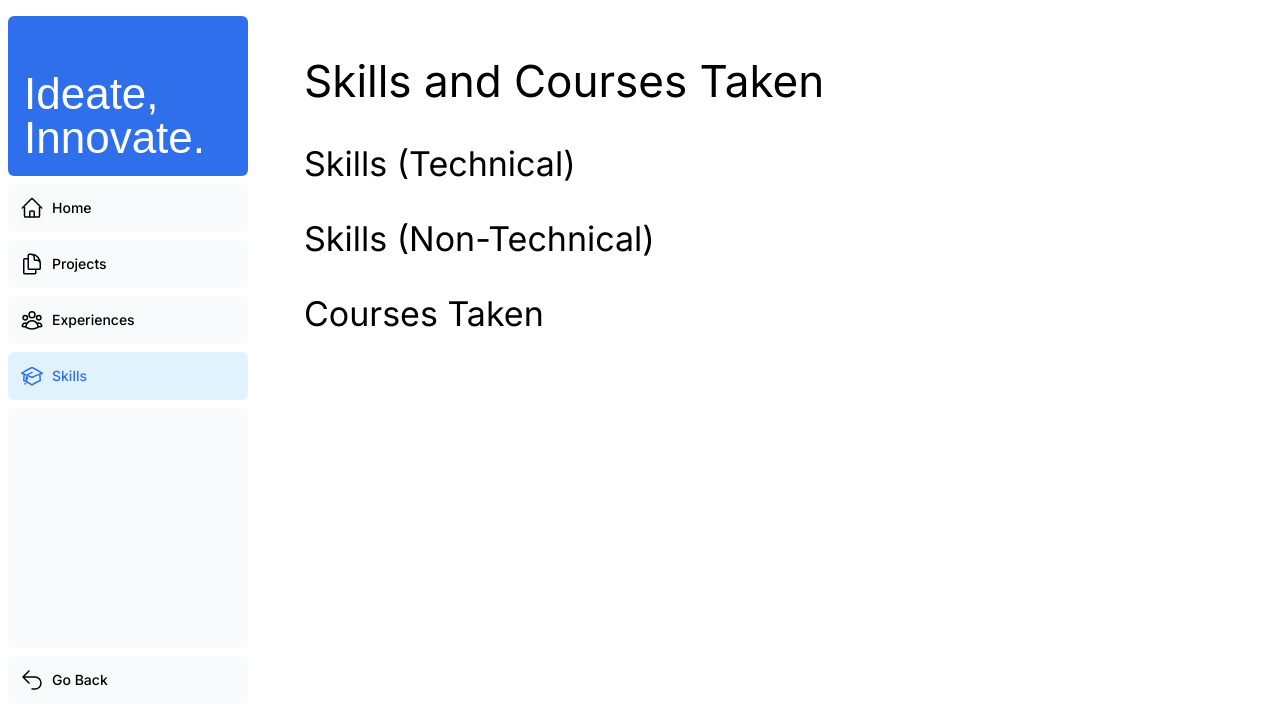
Repository: ThatGirlJam/jaime-portfolio
Page: /dashboard/skills
An editor plug-in stored every save of this project. The page is shown before and after the next save, followed by the edit.
The browser window is 1280 px wide. The pictures show the whole page.
Some web fonts or font styles are not loaded; a fallback is used. The project was rebuilt for these pictures with package versions that can differ from the ones it lists, and the page was loaded fresh each time. The framework's server and built-in components were replaced by stand-ins that run in the browser. Also part of the build but not shown: next.config.js.

Above is the page before, as saved 2024-04-09 23:21:47.

After the next save:
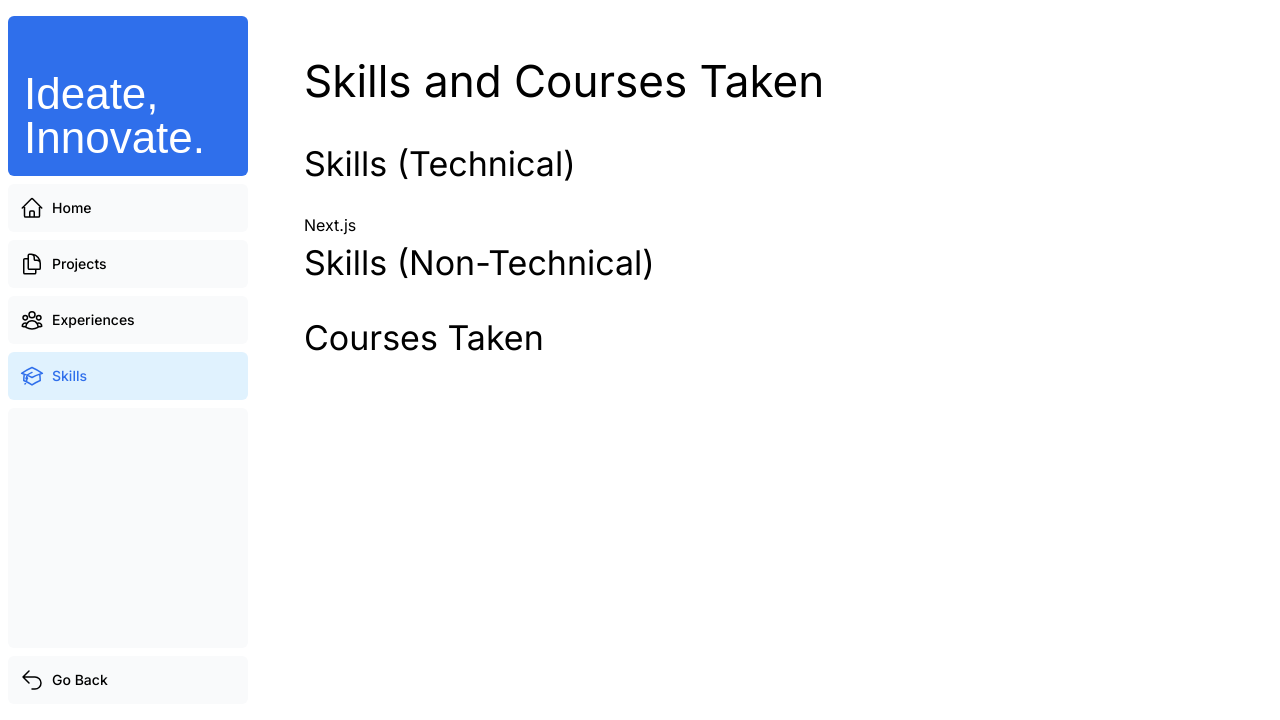
Saved 25 s later.
--- a/app/dashboard/skills/page.tsx
+++ b/app/dashboard/skills/page.tsx
@@ -5,6 +5,11 @@ export default function Page() {
       <br/>
       <p className="text-[34px]"> Skills (Technical) </p>
       <br/>
+
+      <ul>
+        <li>Next.js</li>
+      </ul>
+
       <p className="text-[34px]"> Skills (Non-Technical) </p>
       <br/>
       <p className="text-[34px]"> Courses Taken </p>
